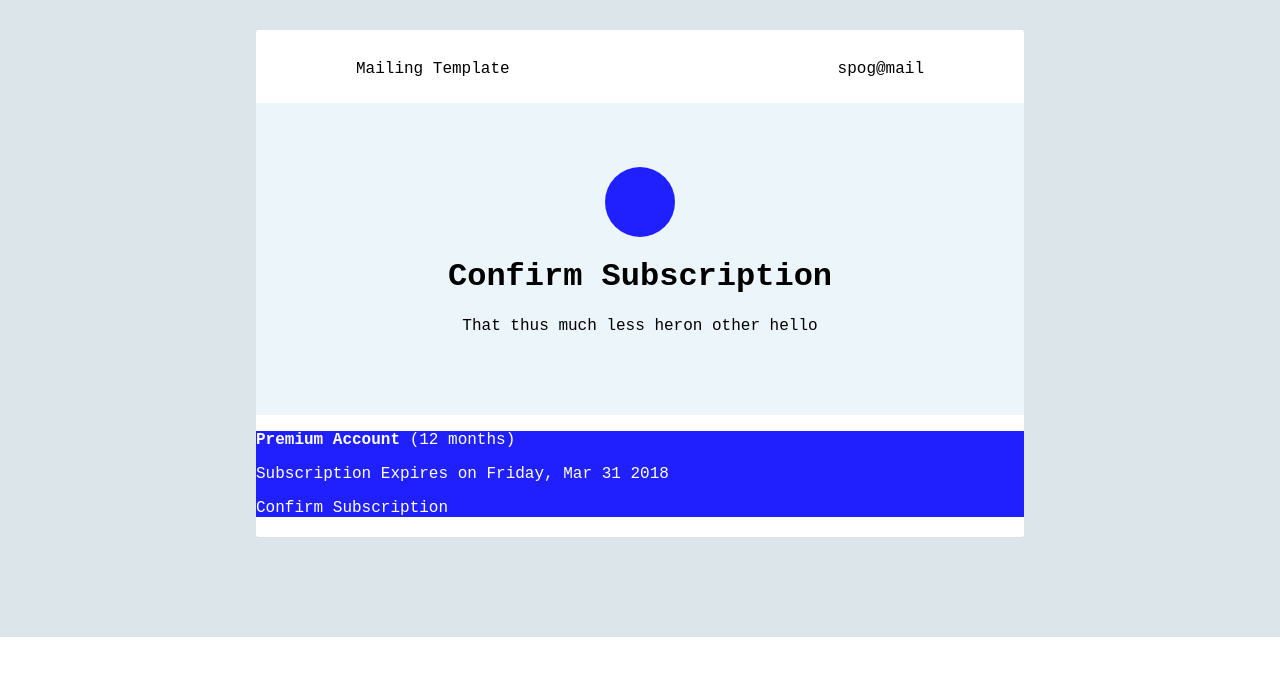
Repository: Lecon-Git/Appmail-Template
Page: mail.html
These files come from the project's save history. The page is drawn as it stood at one moment and after the next save; the edit follows.
The browser window is 1280 px wide. The pictures show the whole page.

Above is the page before, as saved 2021-11-01 21:45:59.

After the next save:
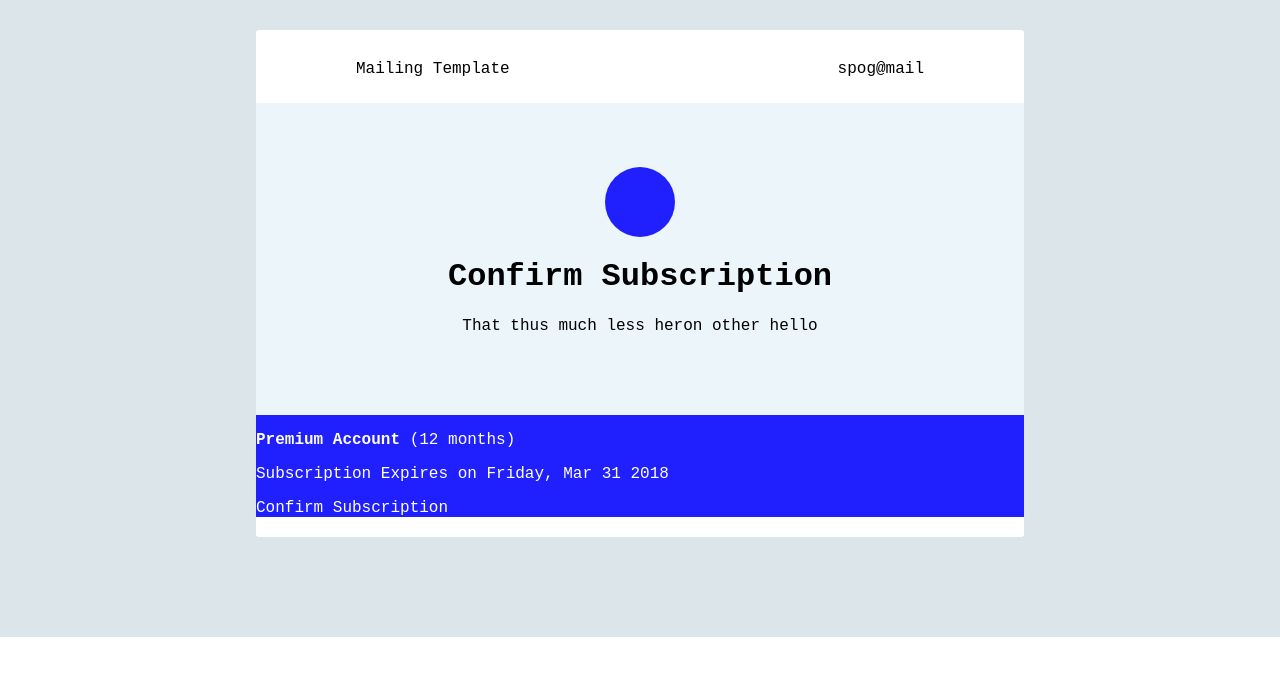
Saved 28 s later.
--- a/css/mail.css
+++ b/css/mail.css
@@ -49,4 +49,6 @@ body {
 .premium {
     background-color: #2020ff;
     color: #fff;
+    display: flex;
+    flex-direction: column;
 }
